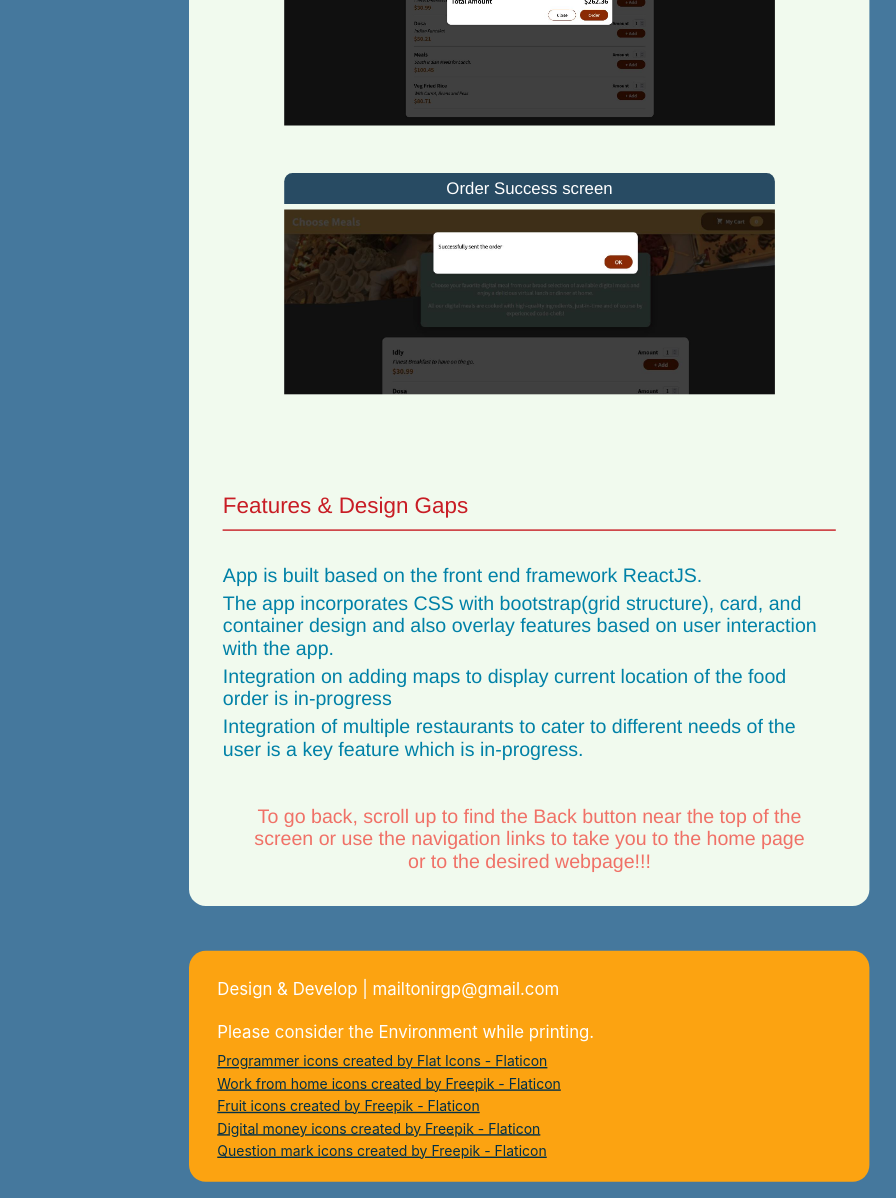
Repository: niranjangp/portfolioReact
Page: /cs-two
An editor plug-in stored every save of this project. The page is shown before and after the next save, followed by the edit.
The browser window is 1280 px wide. The pictures show the part of the page from y = 1846 to 3766 px (the page is 3558 px tall before and 3766 px after), at 70% of full size.
The project was rebuilt for these pictures with package versions that can differ from the ones it lists, and the page was loaded fresh each time. Also part of the build but not shown: src/pages/enterDesign.jsx, src/pages/csOne.jsx, src/pages/csThree.jsx, src/pages/csFour.jsx, src/pages/notFound.jsx.

Above is the page before, as saved 2022-02-02 02:19:10.

After the next save:
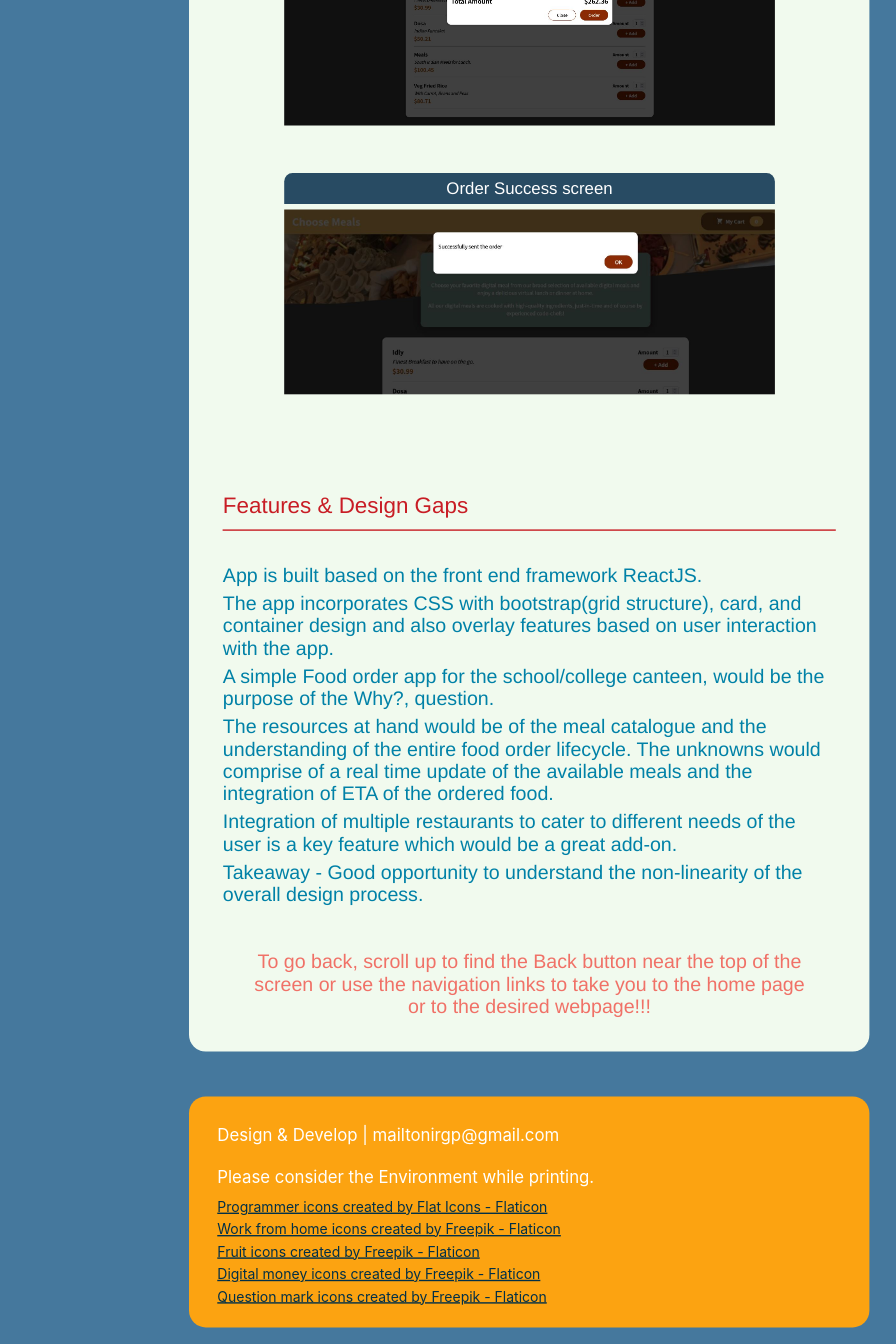
Saved 12 min 9 s later.
--- a/src/pages/csTwo.jsx
+++ b/src/pages/csTwo.jsx
@@ -28,8 +28,11 @@ const csTwo = () => {
                     <div className="csTwoRowTwo">Features & Design Gaps</div>
                     <p className="csTwoPara">App is built based on the front end framework ReactJS.</p>
                     <p className="csTwoPara">The app incorporates CSS with bootstrap(grid structure), card, and container design and also overlay features based on user interaction with the app.</p>
-                    <p className="csTwoPara">Integration on adding maps to display current location of the food order is in-progress</p>
-                    <p className="csTwoPara">Integration of multiple restaurants to cater to different needs of the user is a key feature which is in-progress.</p>
+                    <p className="csTwoPara">A simple Food order app for the school/college canteen, would be the purpose of the Why?, question.</p>
+                    <p className="csTwoPara">The resources at hand would be of the meal catalogue and the understanding of the entire food order lifecycle. The unknowns would comprise of a real time update of the available meals and the integration of ETA of the ordered food.</p>
+                    <p className="csTwoPara">Integration of multiple restaurants to cater to different needs of the user is a key feature which would be a great add-on.</p>
+                    <p className="csTwoPara">Takeaway - Good opportunity to understand the non-linearity of the overall design process.</p>
+
                 </div>
 
             </div>
